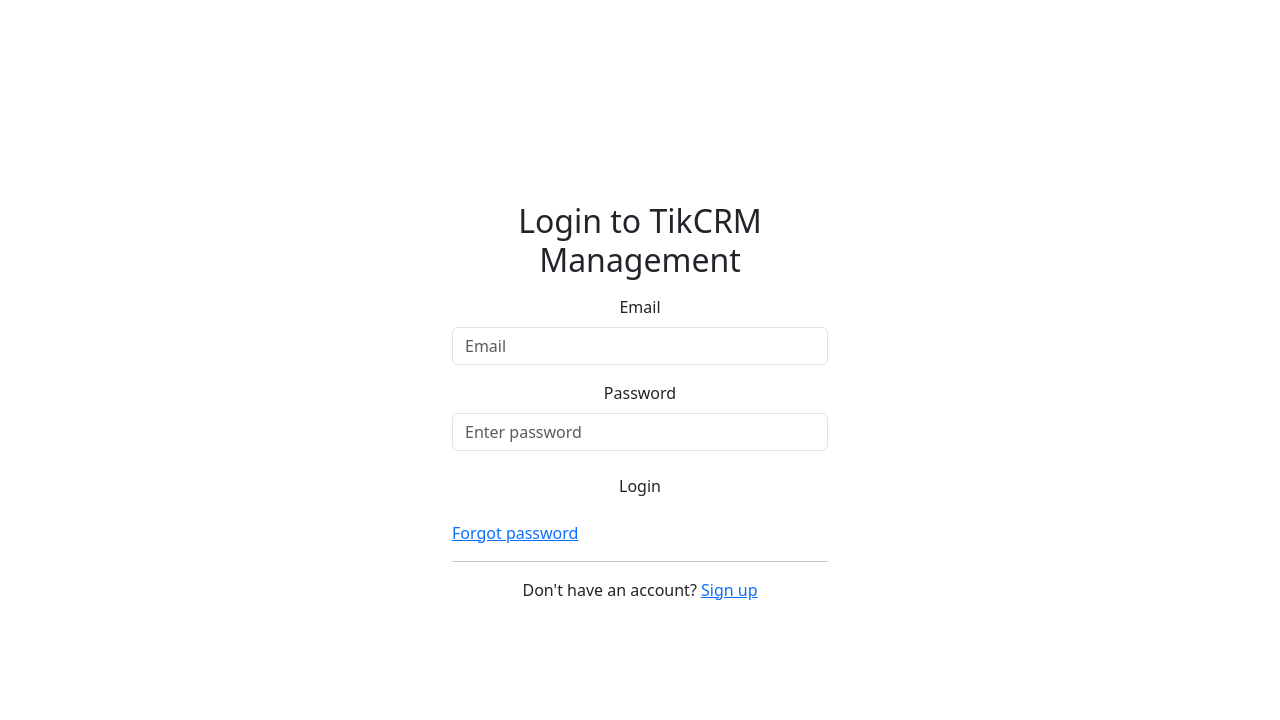
Repository: chaolaolo/tikcrm-fe
Page: /dashboard
An editor plug-in stored every save of this project. The page is shown before and after the next save, followed by the edit.
The browser window is 1280 px wide. The pictures show the whole page.
The project was rebuilt for these pictures with package versions that can differ from the ones it lists, and the page was loaded fresh each time. Also part of the build but not shown: vite.config.ts, src/pages/Home/Settings.tsx, src/pages/Home/HomePage.tsx. Imported but missing from the stored project, and not drawn on this page: src/pages/Home/Dashboard, src/pages/Register/RegisterPage.

Above is the page before, as saved 2025-05-22 19:05:33.

After the next save:
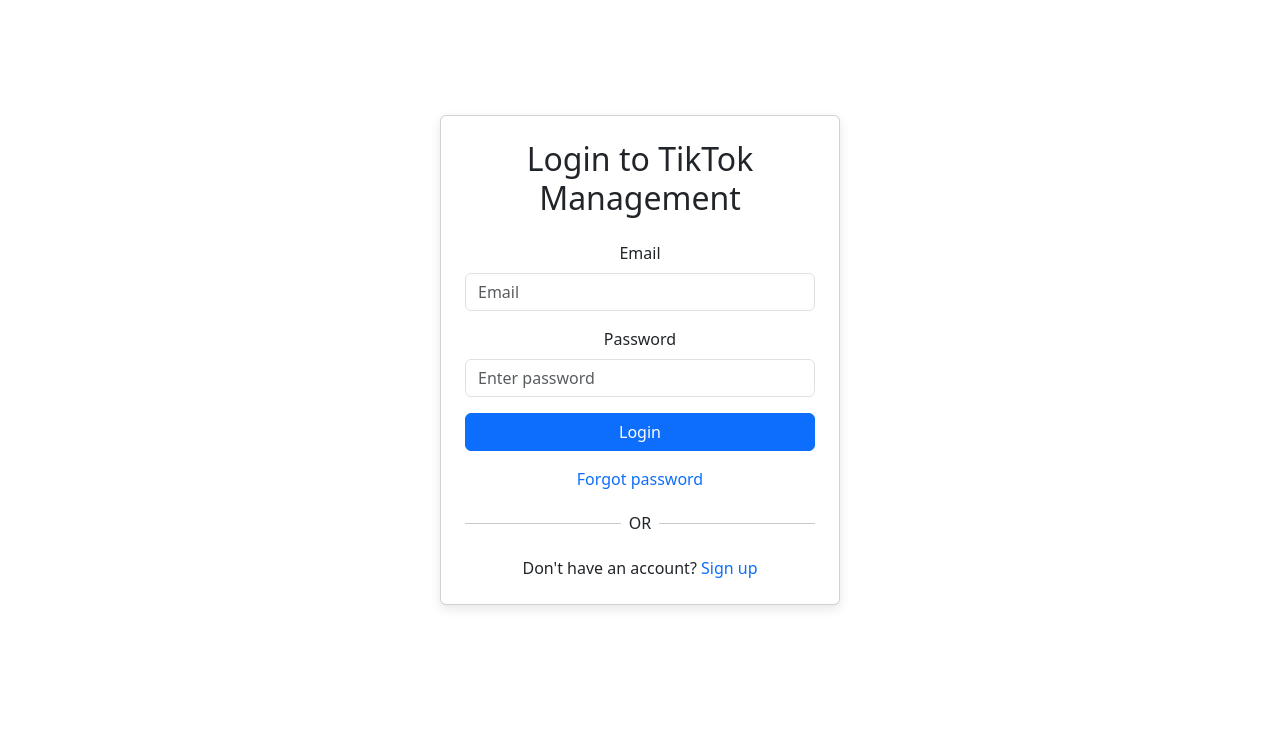
Saved 16 s later.
--- a/src/pages/Auth/LoginPage.tsx
+++ b/src/pages/Auth/LoginPage.tsx
@@ -1,92 +1,50 @@
-// import React from 'react';
-// import 'bootstrap/dist/css/bootstrap.min.css';
-
-// const LoginPage: React.FC = () => {
-//   return (
-//     <div className="container d-flex justify-content-center align-items-center" style={{ minHeight: '100vh' }}>
-//       <div className="card p-4" style={{ width: '400px', boxShadow: '0 4px 12px rgba(0, 0, 0, 0.1)' }}>
-//         <h2 className="text-center mb-4">Login to TikTok Management</h2>
-
-//         <form>
-//           <div className="mb-3">
-//             <label htmlFor="email" className="form-label">Email</label>
-//             <input
-//               type="email"
-//               className="form-control"
-//               id="email"
-//               placeholder="Email"
-//             />
-//           </div>
-
-//           <div className="mb-3">
-//             <label htmlFor="password" className="form-label">Password</label>
-//             <input
-//               type="password"
-//               className="form-control"
-//               id="password"
-//               placeholder="Enter password"
-//             />
-//           </div>
-
-//           <button type="submit" className="btn btn-primary w-100 mb-3">Login</button>
-
-//           <div className="text-center mb-3">
-//             <a href="#forgot-password" className="text-decoration-none">Forgot password</a>
-//           </div>
-
-//           <div className="d-flex align-items-center mb-3">
-//             <hr className="flex-grow-1" />
-//             <span className="px-2">OR</span>
-//             <hr className="flex-grow-1" />
-//           </div>
-
-//           <div className="text-center">
-//             <span>Don't have an account? </span>
-//             <a href="#signup" className="text-decoration-none">Sign up</a>
-//           </div>
-//         </form>
-//       </div>
-//     </div>
-//   );
-// };
-
-// export default LoginPage;
-
 import React from 'react';
 import 'bootstrap/dist/css/bootstrap.min.css';
+
 const LoginPage: React.FC = () => {
   return (
-    <div className="container" style={{ maxWidth: '400px', marginTop: '100px' }}>
-      <h2 className="text-center">Login to TikCRM Management</h2>
-      <form>
-        <div className="mb-3">
-          <label htmlFor="email" className="form-label">Email</label>
-          <input
-            type="email"
-            className="form-control"
-            id="email"
-            placeholder="Email"
-            required
-          />
-        </div>
-        <div className="mb-3">
-          <label htmlFor="password" className="form-label">Password</label>
-          <input
-            type="password"
-            className="form-control"
-            id="password"
-            placeholder="Enter password"
-            required
-          />
-        </div>
-        <button type="submit" className="btn btn-teal w-100">Login</button>
-      </form>
-      <div className="d-flex justify-content-between mt-3">
-        <a href="#">Forgot password</a>
-      </div>
-      <hr />
-      <div className="text-center">
-        <p>Don't have an account? <a href="#">Sign up</a></p>
+    <div className="container d-flex justify-content-center align-items-center" style={{ minHeight: '100vh' }}>
+      <div className="card p-4" style={{ width: '400px', boxShadow: '0 4px 12px rgba(0, 0, 0, 0.1)' }}>
+        <h2 className="text-center mb-4">Login to TikTok Management</h2>
+
+        <form>
+          <div className="mb-3">
+            <label htmlFor="email" className="form-label">Email</label>
+            <input
+              type="email"
+              className="form-control"
+              id="email"
+              placeholder="Email"
+            />
+          </div>
+
+          <div className="mb-3">
+            <label htmlFor="password" className="form-label">Password</label>
+            <input
+              type="password"
+              className="form-control"
+              id="password"
+              placeholder="Enter password"
+            />
+          </div>
+
+          <button type="submit" className="btn btn-primary w-100 mb-3">Login</button>
+
+          <div className="text-center mb-3">
+            <a href="#forgot-password" className="text-decoration-none">Forgot password</a>
+          </div>
+
+          <div className="d-flex align-items-center mb-3">
+            <hr className="flex-grow-1" />
+            <span className="px-2">OR</span>
+            <hr className="flex-grow-1" />
+          </div>
+
+          <div className="text-center">
+            <span>Don't have an account? </span>
+            <a href="#signup" className="text-decoration-none">Sign up</a>
+          </div>
+        </form>
       </div>
     </div>
   );
